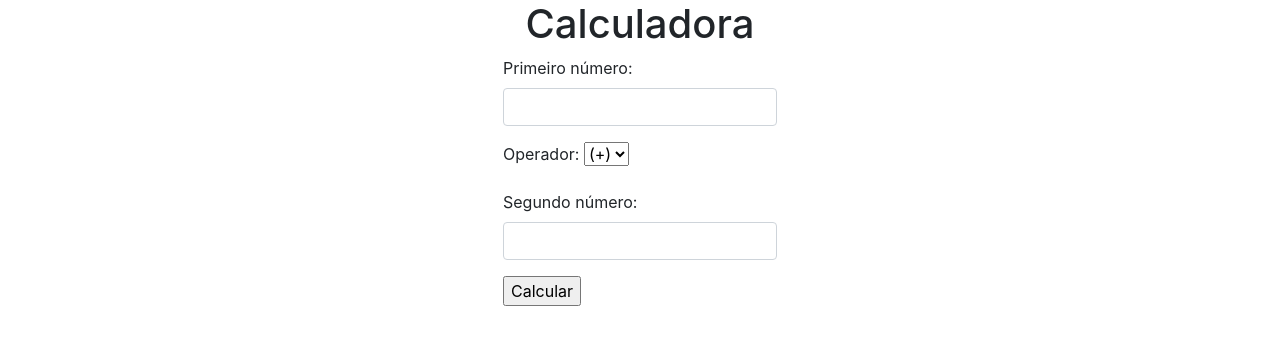
Repository: babirms/DAC
Page: Calculadora/WebContent/home.html
The author's editor kept a copy of each file at every save. The page is drawn from the files as they stood at one save, then again after the next save.
The browser window is 1280 px wide. The pictures show the whole page.

Above is the page before, as saved 2020-09-20 22:41:41.
Console error (its wording comes from the project's code and is left out).

### Calculadora/WebContent/home.html
<!DOCTYPE html>
<html>
<head>
<meta charset="ISO-8859-1">
<title>Calculadora - Página Inicial</title>
<link href="bootstrap/css/bootstrap.min.css" rel="stylesheet"
	type="text/css" />
<script type="text/javascript" src="bootstrap/js/bootstrap.min.js"></script>
</head>
<body>
	<div class="d-flex flex-column align-items-center col-xs-10">
		<h1>Calculadora</h1>
		<form action="CalculadoraServlet" method="get">
			<div class="form-group">
				<label for="primeiroNum">Primeiro número: </label> <input
					type="number" class="form-control" name="primeiroValue"
					id="primeiroNum ">
			</div>
			<div class="form-group">
				<label>Operador: </label> <select name="operacao">
					<option value="soma">(+)</option>
					<option value="sub">(-)</option>
					<option value="mul">(*)</option>
					<option value="div">(/)</option>
				</select>
			</div>
			<div class="form-group">
				<label for="segundoNum">Segundo número: </label> <input
					type="number" id="segundoNum" class="form-control"
					name="segundoValue">
			</div>
			<input type="submit" value="Calcular">
		</form>
	</div>

</body>
</html>

Loaded but not shown: Calculadora/WebContent/bootstrap/css/bootstrap.min.css (library); Calculadora/WebContent/bootstrap/js/bootstrap.min.js (library)

After the next save:
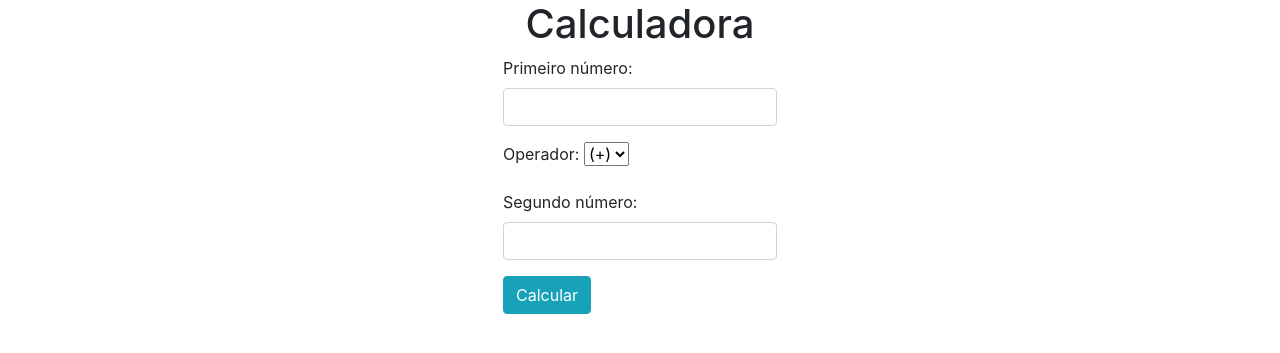
Saved 47 s later.
--- a/Calculadora/WebContent/home.html
+++ b/Calculadora/WebContent/home.html
@@ -29,7 +29,7 @@
 					type="number" id="segundoNum" class="form-control"
 					name="segundoValue">
 			</div>
-			<input type="submit" value="Calcular">
+			<button class="btn btn-info" type="submit">Calcular</button>
 		</form>
 	</div>
 
